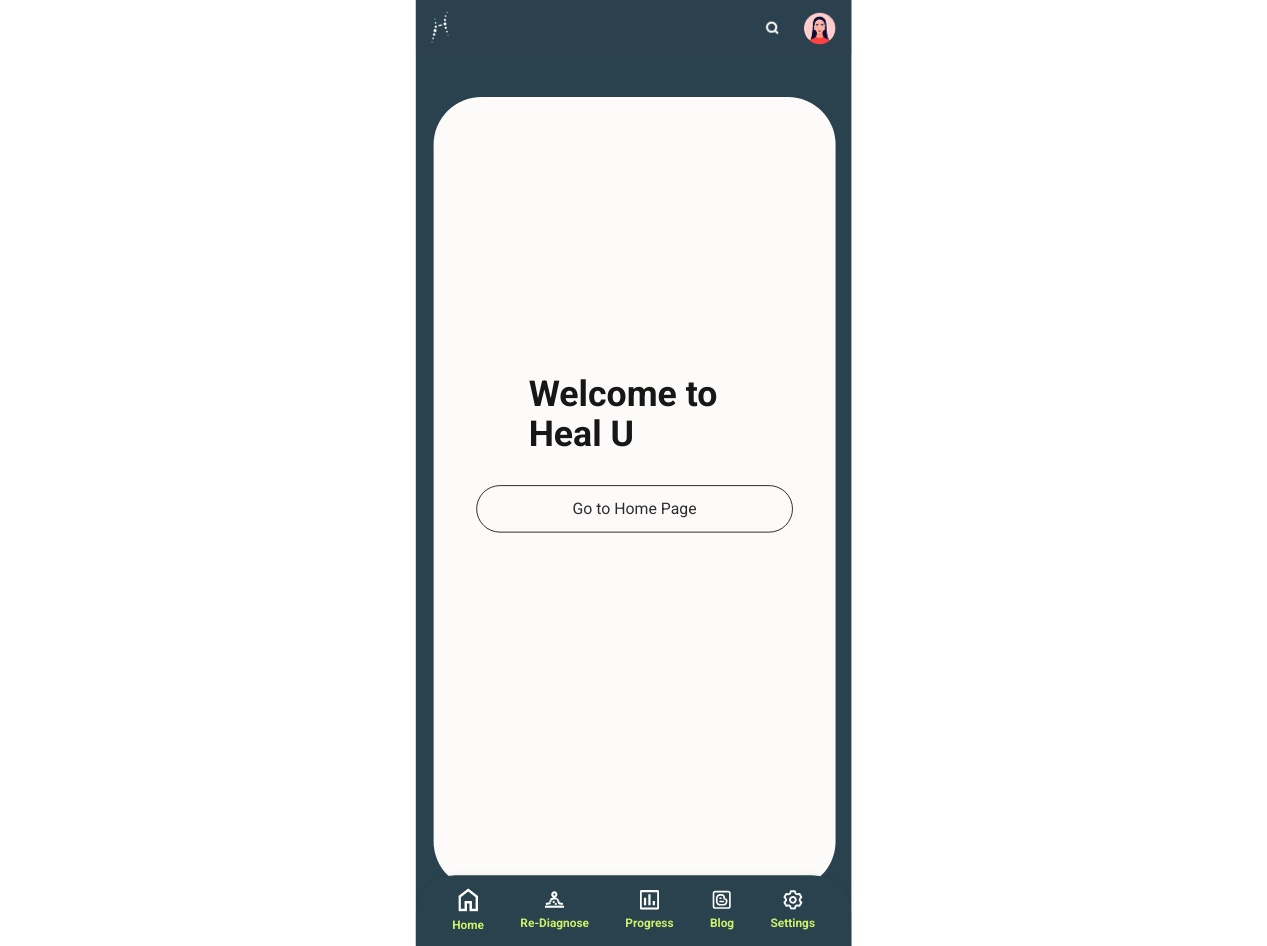
Repository: patcha-d3/heal_u
Page: /
An editor plug-in stored every save of this project. The page is shown before and after the next save, followed by the edit.
The browser window is 1280 px wide. The pictures show the whole page, at 99% of full size.
The project was rebuilt for these pictures with package versions that can differ from the ones it lists, and the page was loaded fresh each time. The framework's server and built-in components were replaced by stand-ins that run in the browser. Also part of the build but not shown: next.config.js, next.config.mjs.

Above is the page before, as saved 2025-05-08 11:19:04.

### app/layout.js
"use client";

import { Geist, Geist_Mono } from "next/font/google";
import { Roboto } from "next/font/google";
import "./globals.css";
import { usePathname } from "next/navigation";

import Bottomnav from "../ui/Bottomnav/Bottomnav";
import TopNav from "../ui/Topnav/Topnav";

const geistSans = Geist({
	variable: "--font-geist-sans",
	subsets: ["latin"],
});

const geistMono = Geist_Mono({
	variable: "--font-geist-mono",
	subsets: ["latin"],
});

const roboto = Roboto({
	weight: ["300", "400", "500", "700"],
	subsets: ["latin"],
	display: "swap",
});

export default function RootLayout({ children }) {
	const pathname = usePathname();
	const showBottomNav = !pathname?.includes("/onboarding");

	return (
		<html lang='en'>
			<body
				className={`${geistSans.variable} ${geistMono.variable} ${roboto.className} antialiased`}
				suppressHydrationWarning
			>
				<div className='min-h-screen w-full flex items-center justify-center'>
					<div className='w-[440px] h-[956px] relative overflow-hidden flex flex-col bg-[#29424D]'>
						<TopNav />
						<main className='flex-1 overflow-y-auto flex items-center justify-end'>
							<div className='w-[406px] h-[800px] bg-[#FDFBF9] mx-4 mb-4 rounded-[48px]'>
								{children}
							</div>
						</main>
						{showBottomNav && (
							<div className='absolute bottom-0 left-0 right-0'>
								<Bottomnav />
							</div>
						)}
					</div>
				</div>
			</body>
		</html>
	);
}

### app/page.js
"use client";

import React from "react";
import Link from "next/link";
import Button from "../ui/Button/Button";

export default function RootPage() {
	return (
		<main className='flex min-h-screen flex-col items-center justify-center p-24'>
			<h1 className='text-4xl font-bold mb-8'>
				Welcome to Heal U
			</h1>
			<Link href='/home'>
				<Button
					text='Go to Home Page'
					onClick={() => {}}
					fullWidth={false}
					outlined={true}
				/>
			</Link>
		</main>
	);
}

### ui/Bottomnav/Bottomnav.js
"use client";

import React from "react";
import Link from "next/link";
import { usePathname } from "next/navigation";
import styles from "./Bottomnav.module.css";
import Image from "next/image";

const menuItems = [
  { label: "Home", icon: "/icons/home.svg", path: "/" },
  { label: "Re-Diagnose", icon: "/icons/rediagnose.svg", path: "/re-diagnose" },
  { label: "Progress", icon: "/icons/progress.svg", path: "/progress" },
  { label: "Blog", icon: "/icons/blog.svg", path: "/blog" },
  { label: "Settings", icon: "/icons/settings.svg", path: "/settings" },
];

export default function MobileNavbar() {
  const pathname = usePathname();

  return (
    <nav className={styles.navbar}>
      {menuItems.map((item, index) => {
        const isActive = true;

        return (
          <Link href={item.path} key={index} className={styles.link}>
            <div className={styles.button}>
              <div
                className={`${styles.icon} ${
                  isActive ? styles.iconActive : ""
                }`}
              >
                <Image
                  src={item.icon}
                  alt={item.label}
                  width={20}
                  height={20}
                />
              </div>
              <span
                className={`${styles.label} ${
                  isActive ? styles.labelActive : styles.labelInactive
                }`}
              >
                {item.label}
              </span>
            </div>
          </Link>
        );
      })}
    </nav>
  );
}

### ui/Topnav/Topnav.js
"use client";

import React, { useState } from "react";
import styles from "./TopNav.module.css";

export default function TopNav() {
  const [showSearch, setShowSearch] = useState(false);
  const [hasNotification, setHasNotification] = useState(false);

  return (
    <header className={styles.topBar}>
      <a href="/" className={styles.logoContainer}>
        <img src="/logo.png" alt="Logo" className={styles.logoImg} />
      </a>

      <div className={styles.iconContainer}>
        <div className={styles.searchWrapper}>
          {showSearch && (
            <div className={styles.searchBox}>
              <input
                type="text"
                className={styles.searchInput}
                placeholder="Search..."
                autoFocus
              />
            </div>
          )}
          <img
            src="/search.png"
            alt="Search"
            className={`${styles.iconImg} ${showSearch ? styles.dark : ""}`}
            onClick={() => setShowSearch(!showSearch)}
          />
        </div>

        <div className={styles.avatarContainer}>
          <img
            src={hasNotification ? "/avatar-notification.png" : "/avatar.png"}
            alt="Avatar"
            className={styles.avatarImg}
          />
        </div>
      </div>
    </header>
  );
}

### ui/Button/Button.js
import React from "react";
import styles from "./Button.module.css";

const Button = ({
	text,
	onClick,
	icon,
	fullWidth = false,
	outlined = false,
	disabled = false,
	type = "button",
}) => {
	const classNames = [
		styles.button,
		fullWidth && styles.fullWidth,
		outlined && styles.outlined,
		disabled && styles.disabled,
	]
		.filter(Boolean)
		.join(" ");

	return (
		<button
			type={type}
			onClick={onClick}
			disabled={disabled}
			className={classNames}
		>
			<span className={styles.text}>{text}</span>
			{icon && <span className={styles.icon}>{icon}</span>}
		</button>
	);
};

export default Button;

### ui/Bottomnav/Bottomnav.module.css
/* navbar */
.navbar {
  position: relative;
  bottom: 0;
  left: 0;
  right: 0;
  display: flex;
  justify-content: space-evenly;
  align-items: center;
  background-color: #29424d;
  padding: 8px 0;
  box-shadow: 0 2px 10px rgba(0, 0, 0, 0.1);
  max-width: 440px;
  height: 72px;
  border-radius: 40px 40px 0 0;
  margin: 0 auto;
}

.link {
  text-decoration: none;
  color: inherit;
}

.button {
  display: flex;
  flex-direction: column;
  align-items: center;
  gap: 4px;
}

.icon {
  font-size: 24px;
}

.iconActive {
  stroke: #cdf06b;
}

.label {
  font-size: 12px;
  transition: all 0.2s ease;
}

.labelActive {
  font-weight: 800;
  color: #cdf06b;
}

.labelInactive {
  font-weight: 600;
  color: white;
}

/* Test page styles */
.testContainer {
  padding: 2rem;
  max-width: 440px;
  margin: 0 auto;
}

.testContent {
  display: flex;
  flex-direction: column;
  gap: 3rem;
}

.testSection {
  background: #f5f5f5;
  padding: 2rem;
  border-radius: 8px;
}

.testFrame {
  position: relative;
  height: 400px;
  border: 1px solid #ddd;
  border-radius: 8px;
  overflow: hidden;
  margin-top: 1rem;
}

.scrollContent {
  height: 100%;
  overflow-y: auto;
  padding: 1rem;
  padding-bottom: 80px; /* Space for the bottom nav */
}

.scrollContent p {
  margin: 1rem 0;
  padding: 0.5rem;
  background: white;
  border-radius: 4px;
  box-shadow: 0 1px 3px rgba(0, 0, 0, 0.1);
}

### ui/Topnav/Topnav.module.css
.topBar {
    width: 440px;
    height: 55px;
    background-color: #2b414d;
    display: flex;
    align-items: center;
    justify-content: space-between;
    padding: 0 16px;
    margin: 0 auto;
    box-sizing: border-box;
  }

  .logoImg {
    height: 30.56px;
    cursor: pointer;
  }

  .iconContainer {
    display: flex;
    align-items: center;
    gap: 16px;
  }

  .searchWrapper {
    display: flex;
    align-items: center;
    gap: 8px;
    position: relative;
  }

  .searchBox {
    background-color: white;
    width: 226px;
    height: 32px;
    border-radius: 24px;
    display: flex;
    align-items: center;
    padding: 0 5px;
    gap: 8px;
    transition: all 0.3s ease;
  }

  .searchInput {
    flex: 1;
    border: none;
    outline: none;
    font-size: 16px;
    background-color: transparent;
  }

  .iconImg {
    width: 32px;
    height: 32px;
    cursor: pointer;
    filter: brightness(200);
    transition: filter 0.3s ease;
  }

  .iconImg.dark {
    filter: brightness(0);
  }

  .avatarContainer {
    width: 32px;
    height: 34px;
    border-radius: 50%;
    overflow: hidden;
  }

  .avatarImg {
    width: 100%;
    height: 100%;
    object-fit: cover;
  }

### ui/Button/Button.module.css
.button {
	position: relative;
	display: flex;
	align-items: center;
	justify-content: center;
	height: 48px;
	width: 320px;
	border-radius: 24px;
	background-color: #29424d;
	border: 1px solid black;
	padding: 0 12px;
	font-family: "Roboto", sans-serif;
	font-size: 16px;
	line-height: 24px;
	color: white;
	transition: background-color 0.3s, color 0.3s;
}

.button:hover:not(.disabled) {
	background-color: #cdf06b;
	color: black;
}

.text {
	flex: 1;
	text-align: center;
}

.icon {
	position: absolute;
	right: 12px;
	display: flex;
	align-items: center;
}

.outlined {
	background-color: transparent;
	border: 1px solid #2e2e30;
	color: #2e2e30;
}

.outlined:hover:not(.disabled) {
	background-color: #cdf06b;
	color: #29424d;
}

.disabled {
	opacity: 0.5;
	cursor: not-allowed;
}

Loaded but not shown: app/globals.css (common file)

After the next save:
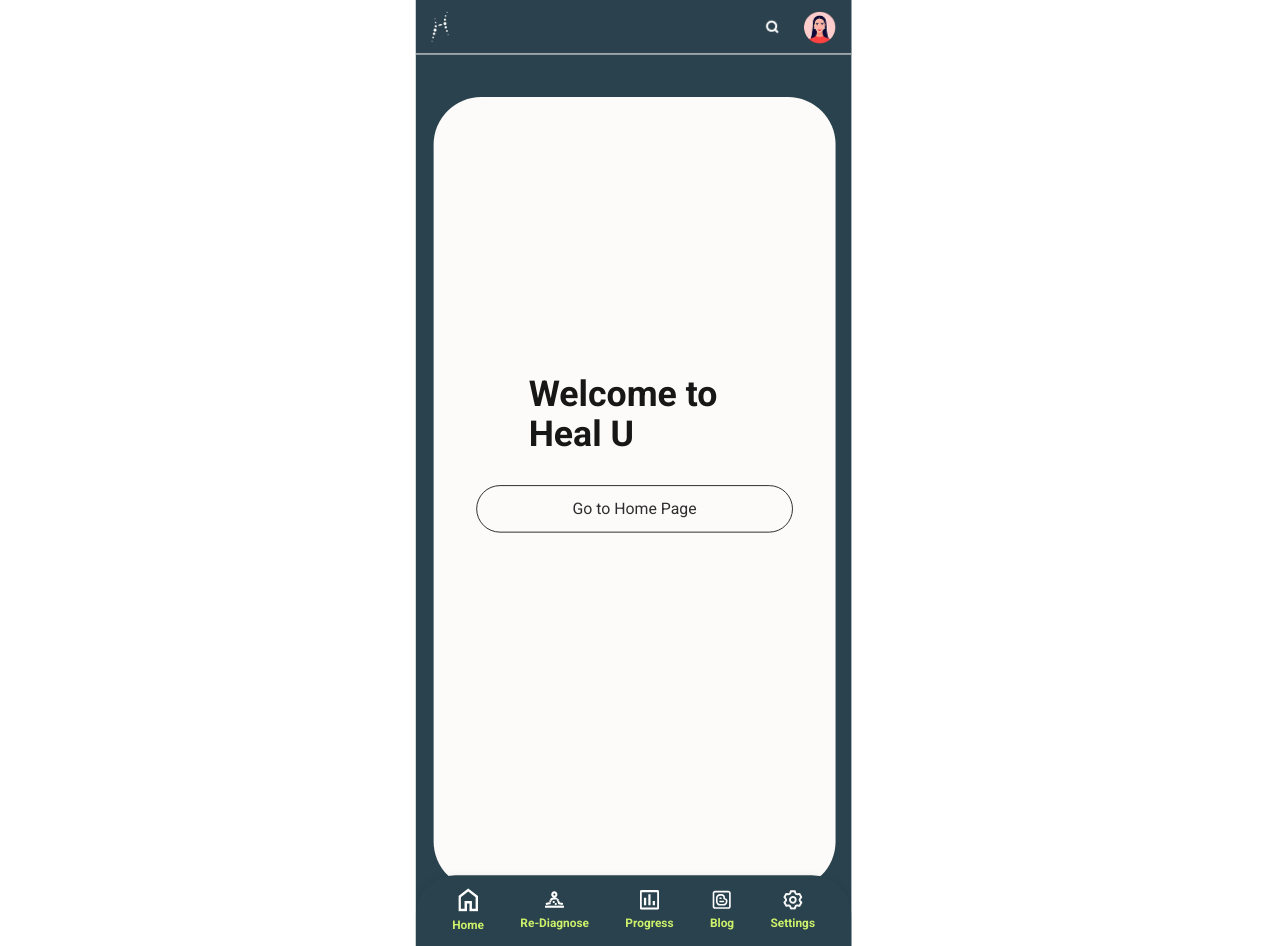
Saved 93 s later.
--- a/ui/Topnav/Topnav.module.css
+++ b/ui/Topnav/Topnav.module.css
@@ -1,74 +1,75 @@
 .topBar {
-    width: 440px;
-    height: 55px;
-    background-color: #2b414d;
-    display: flex;
-    align-items: center;
-    justify-content: space-between;
-    padding: 0 16px;
-    margin: 0 auto;
-    box-sizing: border-box;
-  }
+	width: 440px;
+	height: 55px;
+	background-color: #2b414d;
+	display: flex;
+	align-items: center;
+	justify-content: space-between;
+	padding: 0 16px;
+	margin: 0 auto;
+	box-sizing: border-box;
+	border-bottom: 1px solid #ffffff;
+}
 
-  .logoImg {
-    height: 30.56px;
-    cursor: pointer;
-  }
+.logoImg {
+	height: 30.56px;
+	cursor: pointer;
+}
 
-  .iconContainer {
-    display: flex;
-    align-items: center;
-    gap: 16px;
-  }
+.iconContainer {
+	display: flex;
+	align-items: center;
+	gap: 16px;
+}
 
-  .searchWrapper {
-    display: flex;
-    align-items: center;
-    gap: 8px;
-    position: relative;
-  }
+.searchWrapper {
+	display: flex;
+	align-items: center;
+	gap: 8px;
+	position: relative;
+}
 
-  .searchBox {
-    background-color: white;
-    width: 226px;
-    height: 32px;
-    border-radius: 24px;
-    display: flex;
-    align-items: center;
-    padding: 0 5px;
-    gap: 8px;
-    transition: all 0.3s ease;
-  }
+.searchBox {
+	background-color: white;
+	width: 226px;
+	height: 32px;
+	border-radius: 24px;
+	display: flex;
+	align-items: center;
+	padding: 0 5px;
+	gap: 8px;
+	transition: all 0.3s ease;
+}
 
-  .searchInput {
-    flex: 1;
-    border: none;
-    outline: none;
-    font-size: 16px;
-    background-color: transparent;
-  }
+.searchInput {
+	flex: 1;
+	border: none;
+	outline: none;
+	font-size: 16px;
+	background-color: transparent;
+}
 
-  .iconImg {
-    width: 32px;
-    height: 32px;
-    cursor: pointer;
-    filter: brightness(200);
-    transition: filter 0.3s ease;
-  }
+.iconImg {
+	width: 32px;
+	height: 32px;
+	cursor: pointer;
+	filter: brightness(200);
+	transition: filter 0.3s ease;
+}
 
-  .iconImg.dark {
-    filter: brightness(0);
-  }
+.iconImg.dark {
+	filter: brightness(0);
+}
 
-  .avatarContainer {
-    width: 32px;
-    height: 34px;
-    border-radius: 50%;
-    overflow: hidden;
-  }
+.avatarContainer {
+	width: 32px;
+	height: 34px;
+	border-radius: 50%;
+	overflow: hidden;
+}
 
-  .avatarImg {
-    width: 100%;
-    height: 100%;
-    object-fit: cover;
-  }
+.avatarImg {
+	width: 100%;
+	height: 100%;
+	object-fit: cover;
+}
